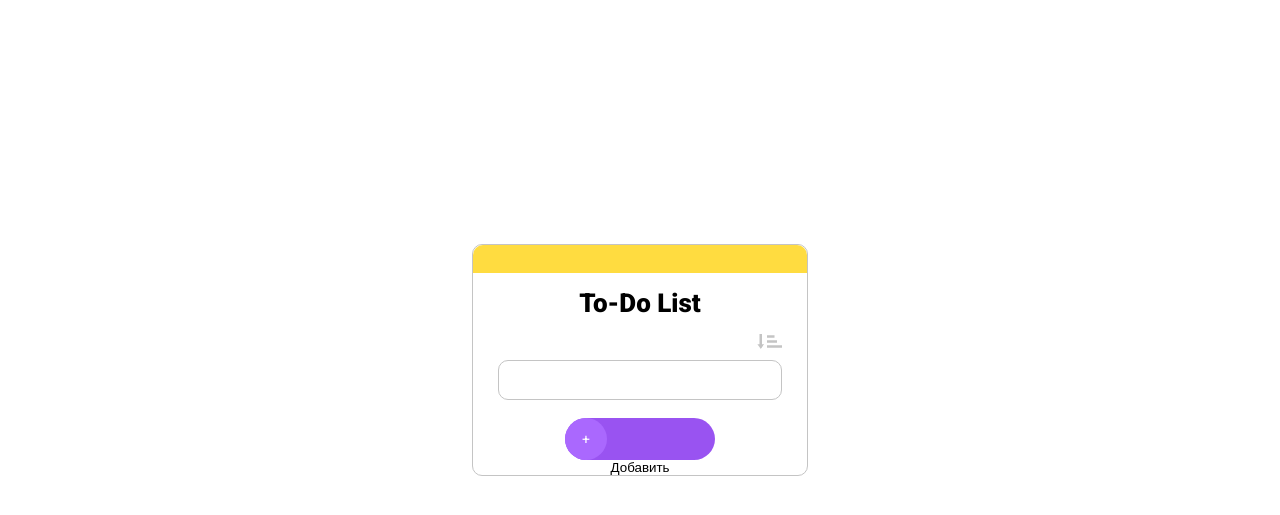
Repository: PoladEziz/Task-15
Page: index.html
An editor plug-in stored every save of this project. The page is shown before and after the next save, followed by the edit.
The browser window is 1280 px wide. The pictures show the whole page.
The style sheet was rebuilt from its Sass, Less or Tailwind sources for each picture, by a compiler version that may differ from the author's.

Above is the page before, as saved 2023-08-10 15:44:42.

### index.html
<!DOCTYPE html>
<html lang="en">
<head>
    <meta charset="UTF-8">
    <meta name="viewport" content="width=device-width, initial-scale=1.0">
    <title>Document</title>
    <link rel="stylesheet" href="./index.css">
</head>
<body>
    <div class="main">
        <div class="box">
            <div class="box-top"></div>
            <div class="box-bottom">
                <h1>To-Do List</h1>
                <form action="">
                    <img src="./img/Group 38 (1).png" alt="">
                    <input type="text">
                    <button><div>+</div><p>Добавить</p></button>

                </form>

            </div>
        </div>
    </div>

</body>
<script src="./index.js"></script>
</html>

### index.scss
@import url("https://fonts.googleapis.com/css2?family=Roboto:wght@400;900&display=swap");
* {
  margin: 0;
  padding: 0;
  box-sizing: border-box;
}
.main {
  width: 100%;
  height: 100vh;
  display: flex;
  align-items: center;
  justify-content: center;
  .box {
    width: 336px;
    /* min-height: 236px; */
    border-radius: 10px;
    border: 1px solid #c4c4c4;
    background: rgba(196, 196, 196, 0);
    .box-top {
      width: 100%;
      height: 28px;
      background-color: #ffdc40;
      border-top-left-radius: 10px;
      border-top-right-radius: 10px;
    }
    .box-bottom {
      width: 100%;
      padding: 15px 25px;

      h1 {
        margin-bottom: 16px;
        color: #000;
        text-align: center;
        font-family: Roboto;
        font-size: 26px;
        font-style: normal;
        font-weight: 900;
        line-height: normal;
        text-transform: capitalize;
      }
      form{
        display: flex;
        flex-direction: column;
        align-items: center;
        img {
          width: 25px;
          height: 15px;
          margin-left: auto;
          margin-bottom: 11px;
        }
        input {
          width: 100%;
          height: 40px;
          margin-bottom: 18px;
          border-radius: 10px;
          border: 1px solid #c4c4c4;
          background: rgba(196, 196, 196, 0);
          color: #000;
          font-family: Roboto;
          font-size: 14px;
          font-style: normal;
          font-weight: 400;
          line-height: normal;
        }
        button {
          width: 150px;
          height: 42px;
          background-color: #9953f1;
          border: none;
          border-radius: 71px;
          dis
          p {
            color: #ffff;
            text-align: center;
            font-family: Roboto;
            font-size: 14px;
            font-style: normal;
            font-weight: 400;
            line-height: normal;
          }
          div {
            width: 42px;
            height: 42px;
            border-radius: 50%;
            display: flex;
            align-items: center;
            justify-content: center;
            color: #fff;
            text-align: center;
            font-family: Roboto;
            font-size: 14px;
            font-style: normal;
            font-weight: 400;
            line-height: normal;
            background-color: #aa68fe;
          }
        }
      }

    }
  }
}

Loaded but not shown: index.js (no stored copy; drawn as an empty file)

After the next save:
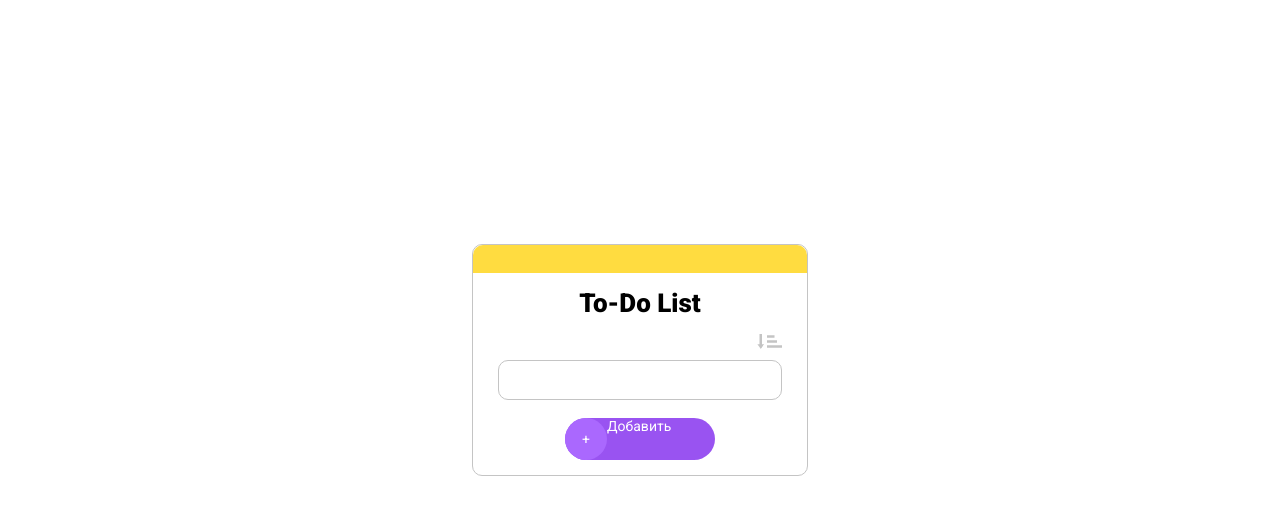
Saved 14 s later.
--- a/index.scss
+++ b/index.scss
@@ -68,7 +68,7 @@
           background-color: #9953f1;
           border: none;
           border-radius: 71px;
-          dis
+          display: flex;
           p {
             color: #ffff;
             text-align: center;
